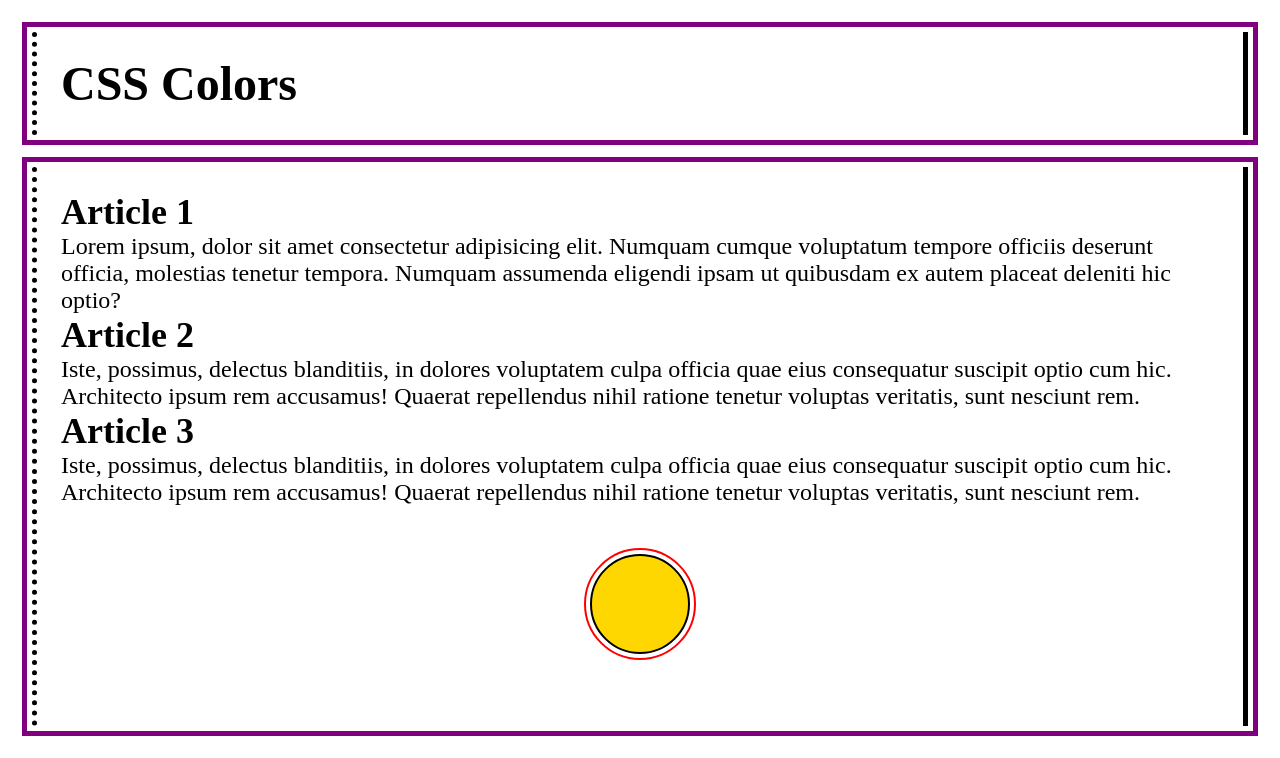
Repository: madhurik9999/Css
Page: index.html
An editor plug-in stored every save of this project. The page is shown before and after the next save, followed by the edit.
The browser window is 1280 px wide. The pictures show the whole page.

Above is the page before, as saved 2023-12-09 12:45:34.

After the next save:
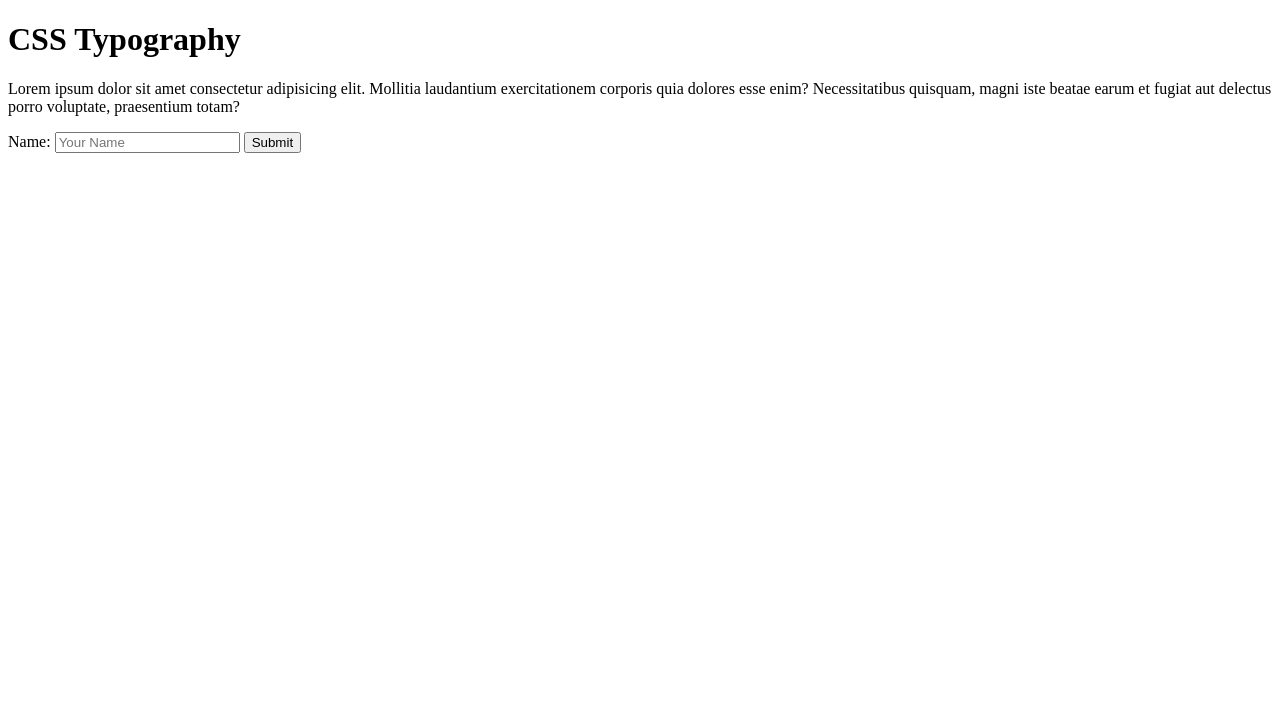
Not found: css/style.css
Saved 24 h 27 min later.
--- a/index.html
+++ b/index.html
@@ -6,47 +6,23 @@
     <meta http-equiv="X-UA-Compatible" content="IE=edge">
     <meta name="viewport" content="width=device-width, initial-scale=1.0">
     <title>Document</title>
-    <link rel="stylesheet" href="styles/style.css">
+    <link rel="stylesheet" href="css/style.css">
 </head>
 
 <body>
-    <header class="container">
-        <h1>CSS Colors</h1>
+    <header>
+        <h1>CSS Typography</h1>
     </header>
-    <main class="container">
-        <article>
-            <h2>Article 1</h2>
-            <p class="gray">Lorem ipsum, dolor sit amet consectetur adipisicing elit. Numquam cumque voluptatum tempore
-                officiis
-                deserunt
-                officia, molestias tenetur tempora. Numquam assumenda eligendi ipsam ut quibusdam ex autem placeat
-                deleniti
-                hic optio?</p>
-        </article>
-        <article>
-            <h2>Article 2</h2>
-            <p class="two">Iste, possimus, delectus blanditiis, in dolores voluptatem culpa officia quae
-                eius
-                consequatur
-                suscipit optio
-                cum hic. Architecto ipsum rem accusamus! Quaerat repellendus <span class="highlight">nihil</span>
-                ratione tenetur voluptas
-                veritatis,
-                sunt
-                nesciunt rem.</p>
-        </article>
-        <article>
-            <h2>Article 3</h2>
-            <p class="three">Iste, possimus, delectus blanditiis, in dolores voluptatem culpa officia quae eius
-                consequatur
-                suscipit optio
-                cum hic. Architecto <span class="highlight">ipsum</span> rem accusamus! Quaerat repellendus nihil
-                ratione tenetur voluptas
-                veritatis,
-                sunt
-                nesciunt rem.</p>
-        </article>
-        <div class="circle"></div>
+    <main>
+        <p>Lorem ipsum dolor sit amet consectetur adipisicing elit. Mollitia laudantium exercitationem corporis quia
+            dolores esse enim? Necessitatibus quisquam, magni iste beatae earum et fugiat aut delectus porro voluptate,
+            praesentium totam?</p>
+
+        <form>
+            <label for="name">Name:</label>
+            <input id="name" type="text" placeholder="Your Name" />
+            <button>Submit</button>
+        </form>
     </main>
 </body>
 

After the 3 saves that followed:
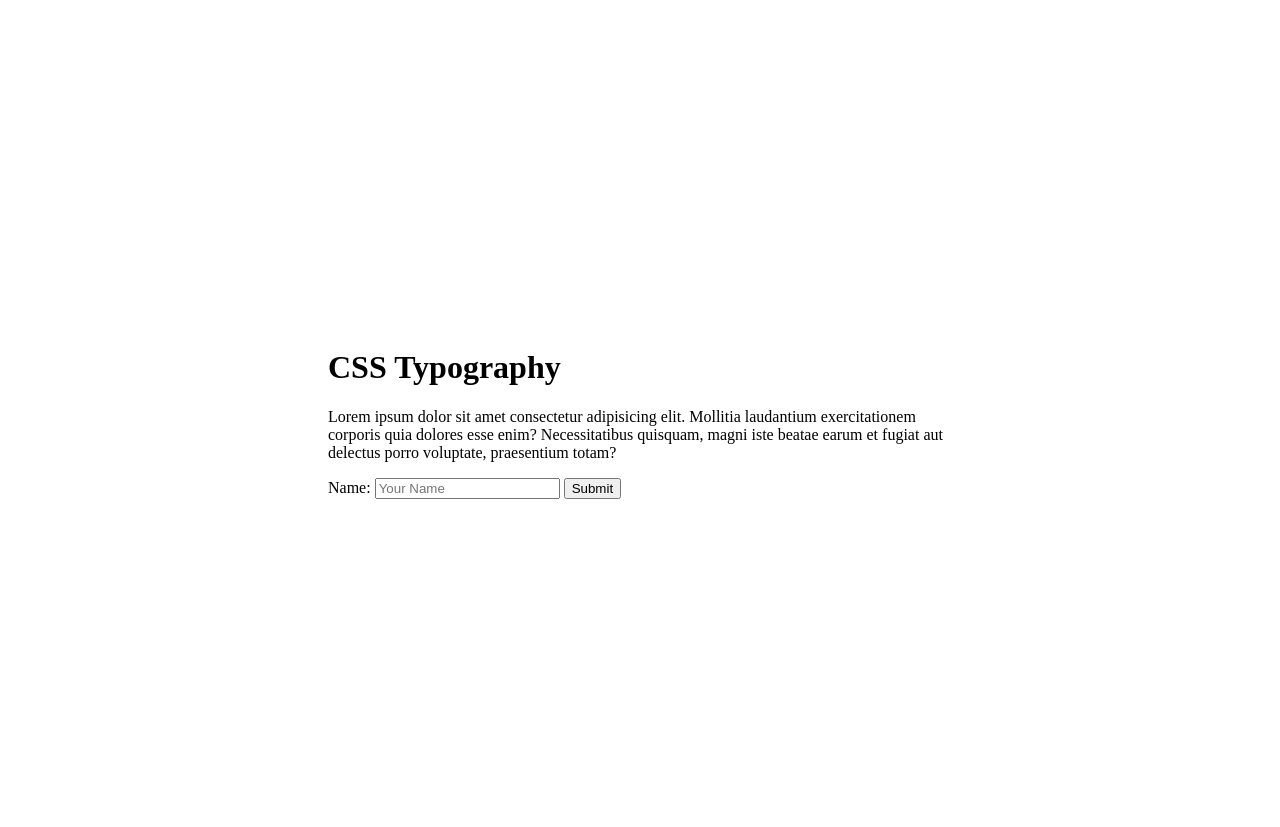
The 3 saves are shown as one change because 2 left the picture as it was.
The last was saved 3 min 31 s later.
--- a/index.html
+++ b/index.html
@@ -6,7 +6,7 @@
     <meta http-equiv="X-UA-Compatible" content="IE=edge">
     <meta name="viewport" content="width=device-width, initial-scale=1.0">
     <title>Document</title>
-    <link rel="stylesheet" href="css/style.css">
+    <link rel="stylesheet" href="styles/style.css">
 </head>
 
 <body>
--- a/styles/style.css
+++ b/styles/style.css
@@ -1,128 +1,4 @@
-/* Selectors */
-/* html {
-    font-size: 22px;
+/* Typography */
+body {
+    padding: 25%;
 }
-
-body {
-    font-size: 22px;
-}
-
-main {
-    font-family: monospace;
-}
-
-button,
-input,
-textarea,
-select {
-    font: inherit;
-}
-
-p {
-    color: purple;
-}
-
-.highlight {
-    text-transform: uppercase;
-    background-color: gold;
-}
-
-.gray {
-    color: grey;
-}
-
-#second {
-    font-style: italic;
-} */
-
-/* Colors */
-/* body {
-    font-size: 22px;
-    font-family: Arial, Helvetica, sans-serif;
-    line-height: 1.5;
-    background: papayawhip;
-    color: rgb(255, 0, 0);
-}
-
-p {
-    color: #ff00ffd2;
-} */
-
-/* Css Units & Sizes */
-/* * {
-    margin: 0;
-    padding: 0;
-    box-sizing: border-box;
-}
-
-body {
-    width: 100%;
-    height: 100vh;
-}
-
-h1 {
-    border: 2px dashed red;
-    width: 50%;
-    font-size: 3rem;
-    padding: 0.5em;
-}
-
-main {
-    font-size: 2rem;
-}
-
-p {
-    font-size: 2rem;
-} */
-
-/* CSS BOX MODEL */
-/* * {
-    margin: 0;
-    padding: 0;
-    box-sizing: border-box;
-}
-
-h1 {
-    border: 2px dashed red;
-    width: 400px;
-    font-size: 3rem;
-    padding: 0.5em;
-} */
-
-/* /Box Modal */
-* {
-    margin: 0;
-    padding: 0;
-    box-sizing: border-box;
-}
-
-.container {
-    /* border: dashed red; */
-    border: offset red;
-    /* border: double red; */
-    border-top-width: 5px;
-    border-left: 5px dotted;
-    border-right: 5px solid;
-    font-size: 1.5rem;
-    /* margin-top: 1.5rem;
-    margin-left: 1.5rem;
-    margin-right: 1.5rem;
-    margin-bottom: 1.5rem; */
-    margin: 2rem 2rem 2rem 2rem;
-    /* margin: 2rem 2rem 2rem ;
-    margin: 2rem 2rem; */
-    padding: 1.5rem;
-    outline: 5px solid purple;
-    outline-offset: 5px;
-}
-
-.circle {
-    margin: 3rem auto;
-    background-color: gold;
-    width: 100px;
-    height: 100px;
-    border: 2px solid #000;
-    border-radius: 50px;
-    outline: 2px solid red;
-    outline-offset: 0.25rem;
-}
